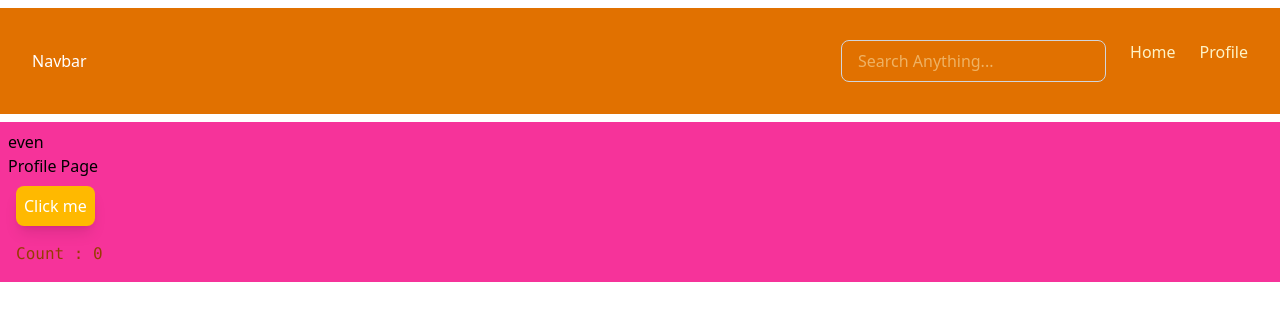
Repository: samit2059/CollegeReact
Page: / (app in react/collegereact/)
These files come from the project's save history. The page is drawn as it stood at one moment and after the next save; the edit follows.
The browser window is 1280 px wide. The pictures show the whole page.
The project was rebuilt for these pictures with package versions that can differ from the ones it lists, and the page was loaded fresh each time. Also part of the build but not shown: react/collegereact/vite.config.js, react/collegereact/src/App.jsx, react/collegereact/src/navbar.jsx, react/collegereact/src/Props Example/First.jsx, react/collegereact/src/Props Example/Second.jsx.

Above is the page before, as saved 2026-01-21 11:03:37.

### react/collegereact/index.html
<!doctype html>
<html lang="en">
  <head>
    <meta charset="UTF-8" />
    <link rel="icon" type="image/svg+xml" href="/vite.svg" />
    <meta name="viewport" content="width=device-width, initial-scale=1.0" />
    <title>collegereact</title>
  </head>
  <body>
    <div id="root"></div>
    <script type="module" src="/src/main.jsx"></script>
  </body>
</html>

### react/collegereact/src/main.jsx
import { StrictMode } from "react";
import { createRoot } from "react-dom/client";
import "./index.css";
import App from "./App.jsx";
import Navbar from "./navbar.jsx";
import Nav1 from "./nav1.jsx";
import First from "./Props Example/First.jsx";
// import Profile from "./profile.jsx";
import Profile from "./StateExamples/profile.jsx";
import Second from "./Props Example/Second.jsx";
// import Home from './Home.jsx'
// import { Second } from './Home.jsx'

// let myObj = {
//   address: "ktm",
//   age: 23,
//   fullName: "rams"
// }
// let profile = {
//   username:"Samit Shrestha",
//   email:"shrestha@gmail.com",
//   age:18,
//   address:"Bhaktapur",
// };
createRoot(document.getElementById("root")).render(
  <StrictMode>
    {/* <Navbar /> */}
    <Nav1 />
    {/* <First address={"BKT"} age={33} fullName="motorcycle" /> */}
    {/* <First {...myObj} /> */}
    <Profile />
    {/* <App /> */}
    {/* <Second /> */}
    {/* <Home />   */}
  </StrictMode>
);

### react/collegereact/src/index.css
@import "tailwindcss";

/* in index.css (after tailwind layers) */
/* .tw-root .btn {
  @apply px-4 py-2 bg-blue-500 text-white rounded;
} */

### react/collegereact/src/nav1.jsx
import React from 'react';
import './navbar.css'

const Nav1 = () => {
  let handleProfile = (e) => {
    e.target.style.color = "red";
    e.target.style.backgroundColor = "black"
    console.log("profile clicked");
    console.log(e.target.style);
    /*
    let event ={
     target:{
        value:"Profile",
        style:{
            color:"red",
            backgroundColor:"black"
        }
     }
    } */
  }
  let handleChangeOnsearch = (e) => {
    console.log(e.target.value);
    // e.target.style.backgroundColor = "black"
    e.target.style.color = "red"
    let l = e.target.value;
    console.log(l.length);
    let random1 = Math.floor(Math.random() * 255);
    let random2 = Math.floor(Math.random() * 255);
    let random3 = Math.floor(Math.random() * 255);

    e.target.style.backgroundColor = `rgb(${random1}, ${random2}, ${random3})`
    console.log(random1);
    console.log(random2);
    console.log(random3);
  }
  return (
    <div className=' !p-8 !my-2 flex bg-amber-600 text-amber-100 justify-between items-center'>
      <h1 className='navelement'>Navbar</h1>
      <div className='menus flex gap-6'>
        <div className='max-w-md mx-auto '>
            <input placeholder='Search Anything...' onChange={handleChangeOnsearch} className='w-full px-4 py-2 border border-gray-300 rounded-lg focus:ring-2 focus:ring-blue-500 focus:border-transparent outline-none transition-all'/>
        </div>
        <h4 onClick={(e) => {
          console.log("home clicked");
          console.log(e.target);

        }}>Home</h4>
        <h4 onClick={handleProfile}>Profile</h4>
      </div>
    </div>
  )
}

export default Nav1

### react/collegereact/src/StateExamples/profile.jsx
import { useState } from "react"

let Profile = () =>{
    const [count, setCount] = useState(0);
    return (
        <div className="p-2 bg-pink-500 w-">
            {count%2 == 0 ? <h2>even</h2> : <h2>ODD</h2>}
            <h1>Profile Page</h1>
            <button onClick={() => setCount(count+1)} className="p-2 m-2 bg-amber-400 font-medium rounded-lg shadow-lg text-white">Click me</button>
            <p className="p-2 text-amber-800 font-mono ">Count : {count}</p>
        </div>
    )
}

export default Profile

### react/collegereact/src/navbar.css


.navelement {
    color: white;
}

.navelement:hover {
    color: aliceblue;
}

.navbar {
    /* padding: 30px 20px; */
}

After the next save:
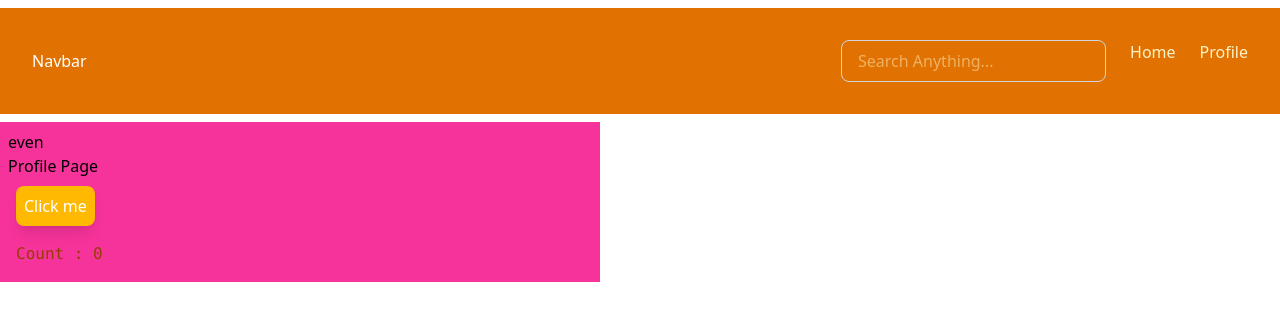
Saved 8 s later.
--- a/react/collegereact/src/StateExamples/profile.jsx
+++ b/react/collegereact/src/StateExamples/profile.jsx
@@ -3,7 +3,7 @@ import { useState } from "react"
 let Profile = () =>{
     const [count, setCount] = useState(0);
     return (
-        <div className="p-2 bg-pink-500 w-">
+        <div className="p-2 bg-pink-500 w-[600px] ">
             {count%2 == 0 ? <h2>even</h2> : <h2>ODD</h2>}
             <h1>Profile Page</h1>
             <button onClick={() => setCount(count+1)} className="p-2 m-2 bg-amber-400 font-medium rounded-lg shadow-lg text-white">Click me</button>
